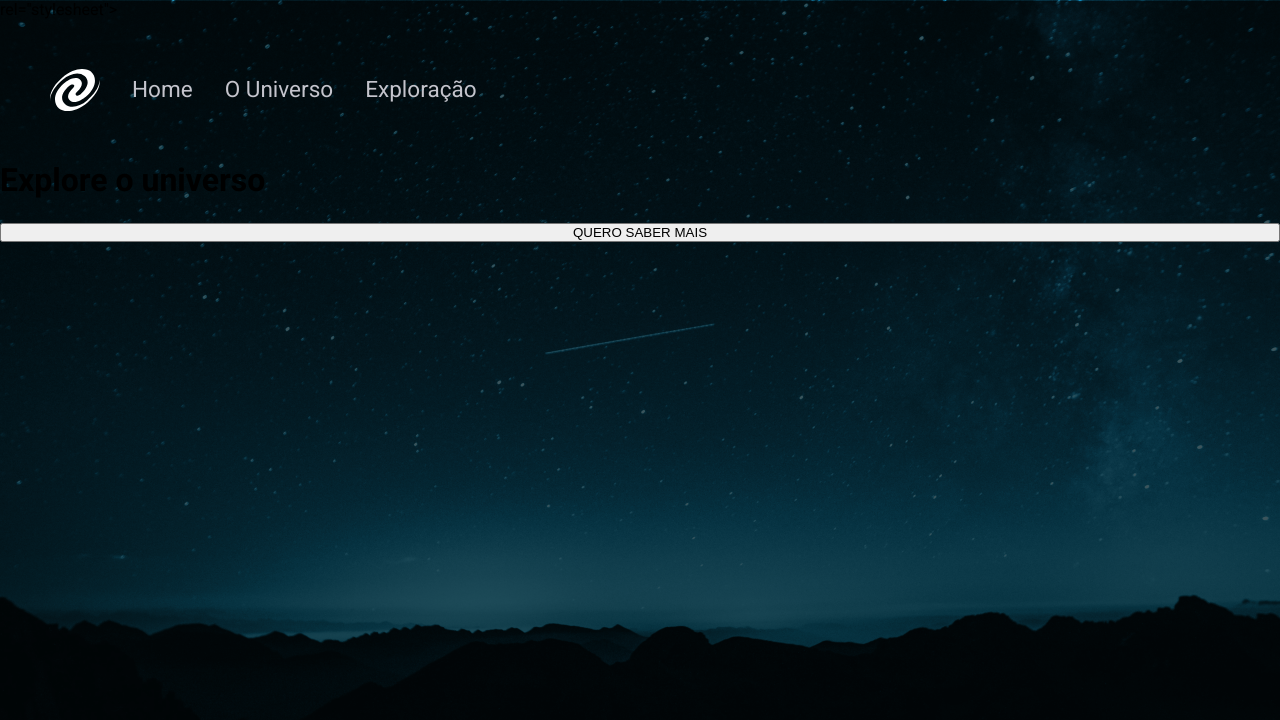
Repository: eltonneiferson/spaUniverse
Page: index.html
These files come from the project's save history. The page is drawn as it stood at one moment and after a run of saves; the edit follows.
The browser window is 1280 px wide. The pictures show the whole page.

Above is the page before, as saved 2022-10-26 22:24:26.

### index.html
<!DOCTYPE html>
<html lang="pt-br">

<head>
    <meta charset="UTF-8" />
    <meta http-equiv="X-UA-Compatible" content="IE=edge" />
    <meta name="viewport" content="width=device-width, initial-scale=1.0" />
    <meta name="author" content="Elton Neiferson" />
    <title>Universe</title>

    <link rel="stylesheet" href="stylle.css">
    <link rel="preconnect" href="https://fonts.googleapis.com">
    <link rel="preconnect" href="https://fonts.gstatic.com" crossorigin>
    <link href="https://fonts.googleapis.com/css2?family=Roboto:wght@400;700&display=swap" rel="stylesheet">rel="stylesheet">
</head>

<body>
    <nav>
        <svg width="50" height="42" viewBox="0 0 50 42" fill="none" xmlns="http://www.w3.org/2000/svg">
            <path d="M31.5423 0.00979035C26.1727 0.174742 19.3604 2.47181 12.1375 8.73785C-2.6197 21.4919 0.219149 31.6427 0.219149 31.6427C0.219149 31.6427 -1.31407 22.7633 12.6765 10.655C19.9593 4.35869 28.9789 2.29019 34.5368 6.97206C39.5198 11.1696 38.7771 18.2731 30.3445 25.5381C27.0864 28.1212 23.6007 25.8307 27.0504 22.7633C27.4347 22.4396 27.7717 22.1194 28.0686 21.8047C31.2762 18.6232 33.7461 13.7222 29.9252 10.5036C25.3256 6.46755 17.5038 11.1696 14.054 14.237C3.12987 23.7622 2.8903 33.9231 9.02317 39.4122C13.2395 42.964 24.7506 44.3867 37.5913 33.4085C52.3485 20.6544 49.5097 10.5036 49.5097 10.5036C49.5097 10.5036 51.0429 19.3831 37.0523 31.4914C29.7695 37.7877 20.7499 39.9066 15.192 35.2248C10.209 31.0272 10.9517 23.9237 19.3844 16.6587C22.8341 13.9142 26.3078 16.1643 22.858 19.2317C22.4738 19.5554 22.1368 19.8756 21.8399 20.1903C18.6323 23.3718 16.1624 28.2728 19.9833 31.4914C24.5829 35.5275 32.2131 30.664 35.8545 27.758C46.9703 18.2328 47.0182 8.0719 40.8853 2.5828C39.0407 1.02891 35.7186 -0.118506 31.5423 0.00979035Z" fill="white" />
        </svg>
        <a href="/">Home</a>
        <a href="/universe.html">O Universo</a>
        <a href="/exploration.html">Exploração</a>
    </nav>
    <main>
        <h1>Explore o universo</h1>
        <button>QUERO SABER MAIS</button>
    </main>
</body>

</html>

### stylle.css
* {
    margin: 0;
    padding: 0;
    box-sizing: border-box;
    text-decoration: none;
}

:root {
    --default-font-color: white;
    --font-color-link: #C4C4CC;
    --default-font: 'Roboto', sans-serif;
}

body {
    min-height: 100vh;
    background-image: url(bkg1.png);
    background-position: bottom;
    background-size: cover;
    color: var(--font-color);
    font-family: var(--default-font);
}

nav {
    padding: 50px;
    display: flex;
    gap: 2rem;
    align-items: center;
}

nav a {
    color: var(--font-color-link);
    line-height: 1.37rem;
    font-size: 1.41rem;
}

nav a:hover {
    color: var(--default-font-color);
    font-weight: bold;
}

main {
    display: grid;
    gap: 24px;
}

After the next 4 saves:
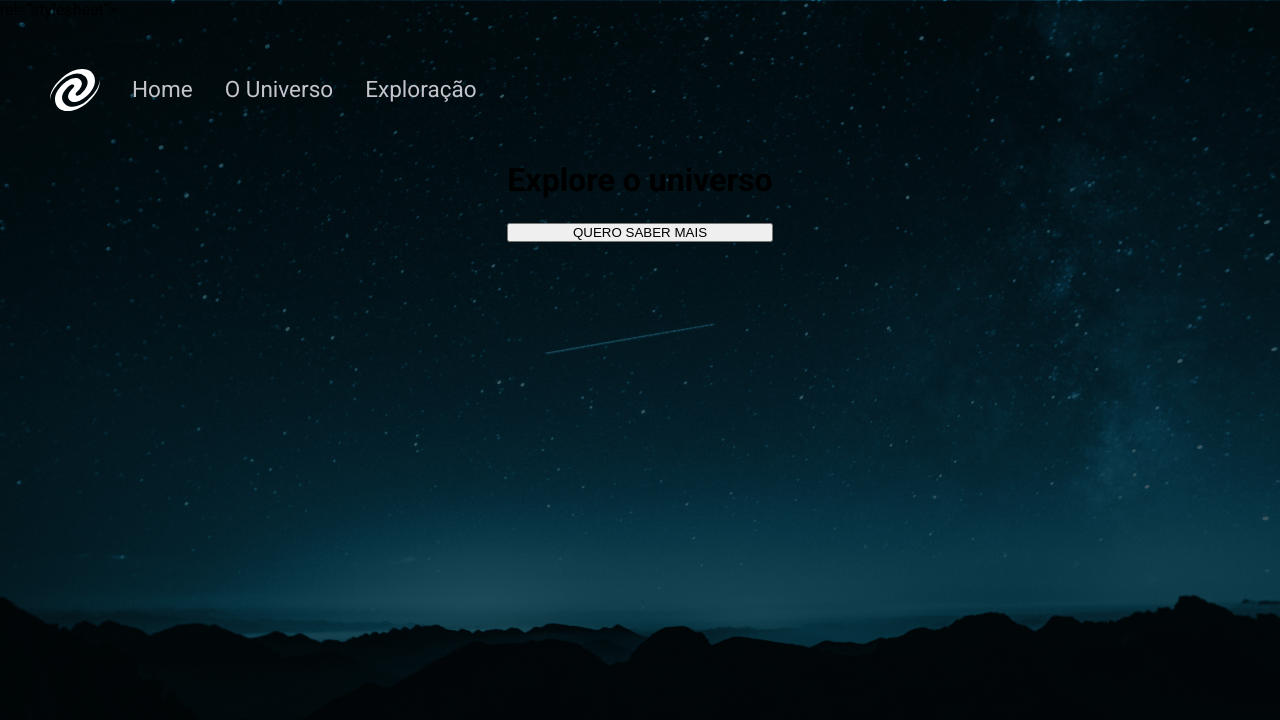
The 4 saves are shown as one change because they came seconds apart.
The last was saved 10 s later.
--- a/stylle.css
+++ b/stylle.css
@@ -41,4 +41,5 @@ nav a:hover {
 main {
     display: grid;
     gap: 24px;
+    place-content: center;
 }
